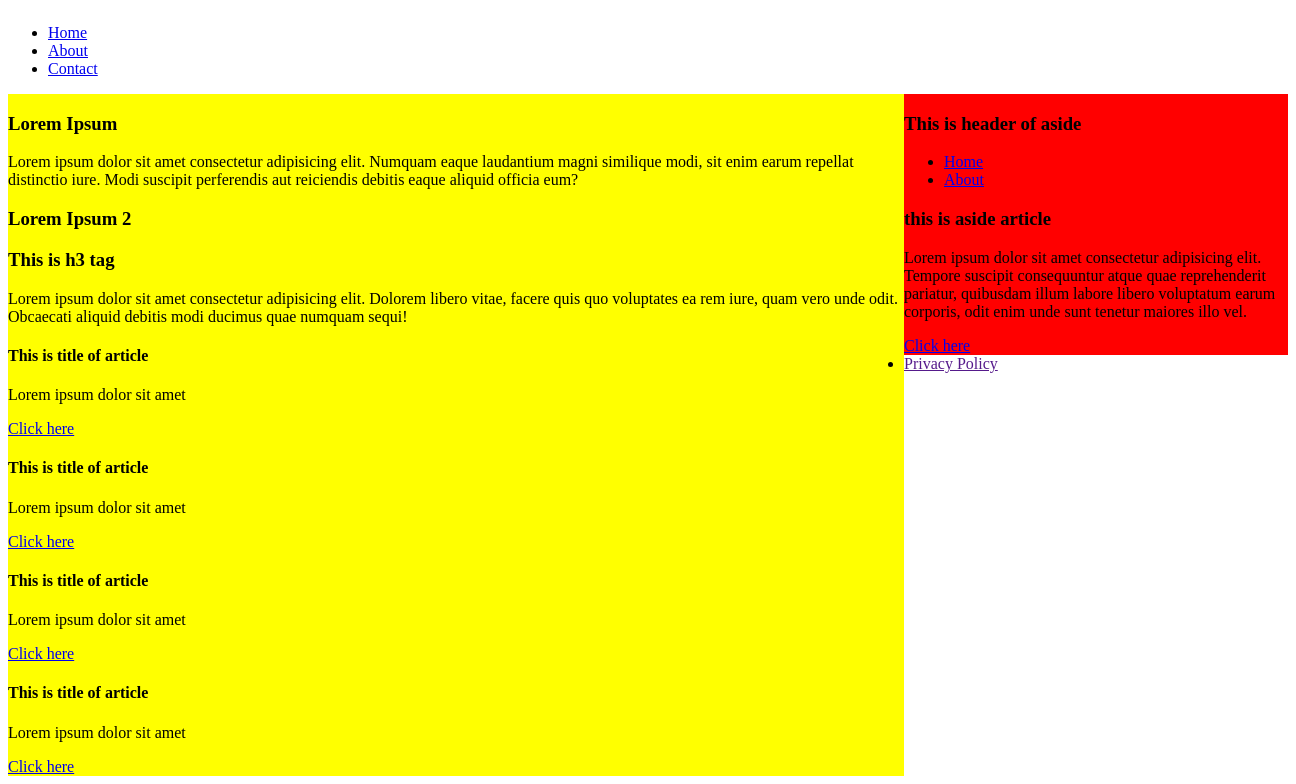
Repository: fisikusari/test-repo
Page: index.html
An editor plug-in stored every save of this project. The page is shown before and after the next save, followed by the edit.
The browser window is 1280 px wide. The page is 1296 px wide, then 1288 px, so the pictures cover 1296 px, including what lies to the right of the window. The pictures show the whole page.

Above is the page before, as saved 2021-11-11 18:26:12.

After the next save:
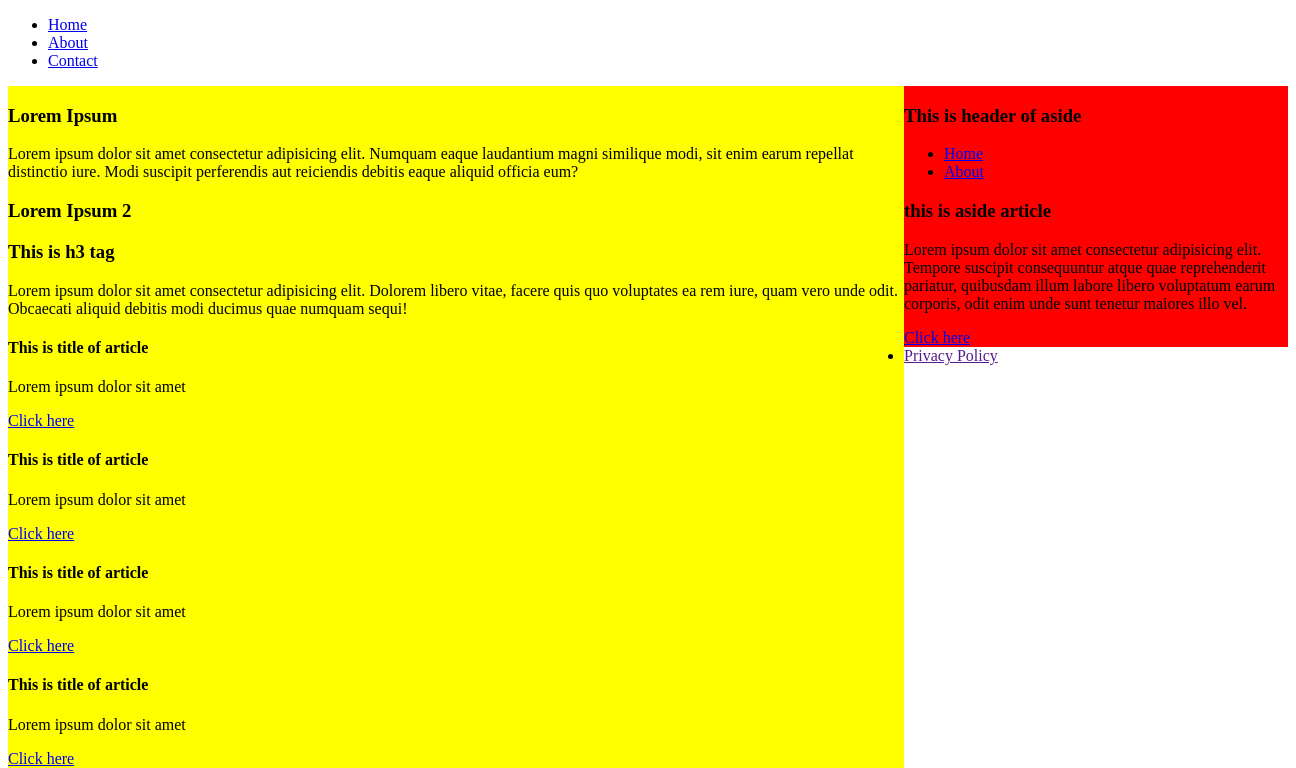
Saved 11 s later.
--- a/index.html
+++ b/index.html
@@ -24,7 +24,7 @@
   body {
     width: 100%;
     height: auto;
-    display: inline-block;
+    display: block;
   }
 
   .main {
